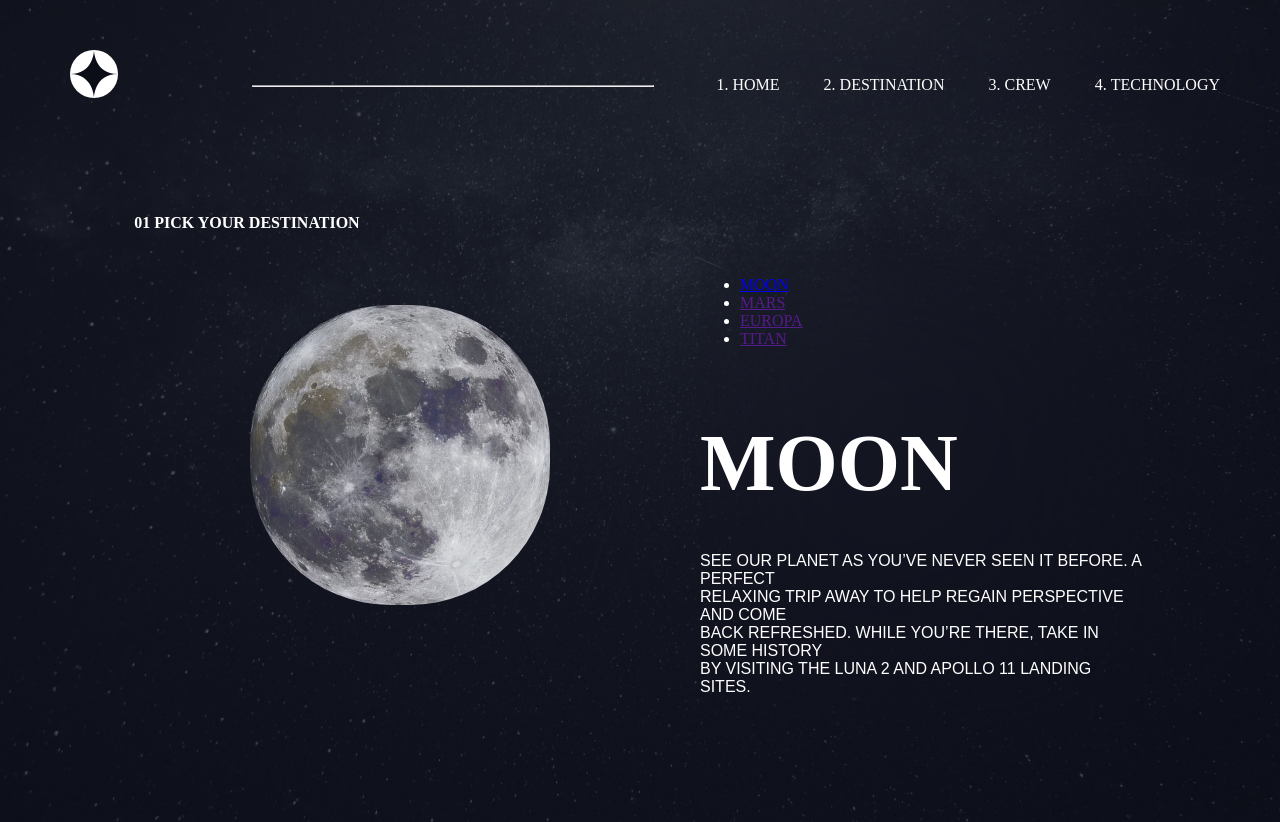
Repository: batonAnton/space_tourism
Page: destination.html
These files come from the project's save history. The page is drawn as it stood at one moment and after the next save; the edit follows.
The browser window is 1280 px wide. The pictures show the whole page.
Some web fonts or font styles are not loaded; a fallback is used.

Above is the page before, as saved 2022-05-20 10:53:26.

### destination.html
<!DOCTYPE html>
<html lang="en">
<head>
    <meta charset="UTF-8">
    <meta http-equiv="X-UA-Compatible" content="IE=edge">
    <meta name="viewport" content="width=device-width, initial-scale=1.0">
    <title>Space Tourism</title>
    <link rel="stylesheet" href="css/style2 .css">
    <link rel="preconnect" href="https://fonts.googleapis.com">
    <link rel="preconnect" href="https://fonts.gstatic.com" crossorigin>
    <link href="https://fonts.googleapis.com/css2?family=Bellefair&family=Merriweather&display=swap" rel="stylesheet">

    <link rel="preconnect" href="https://fonts.gstatic.com" crossorigin>
    <link href="https://fonts.googleapis.com/css2?family=Bellefair&family=Merriweather&display=swap" rel="stylesheet">
    <link rel="preconnect" href="https://fonts.googleapis.com">
    <link rel="preconnect" href="https://fonts.gstatic.com" crossorigin>
    <link href="https://fonts.googleapis.com/css2?family=Barlow+Condensed:wght@300&family=Bellefair&family=Merriweather&display=swap" rel="stylesheet">
</head>
<body>

    <div id="destination" class="bg">
        <div class="top-container">
            <div class="logo_img">
                <img src="/images/Icon.svg" alt="logo">

            </div>

                                             <!--navbar code -->
            <div class="nav">

                <hr>
                    <ol>

                        <li><a href="#home">home</a></li>
                        <li><a href="">destination</a></li>
                        <li><a href="">crew</a></li>
                        <li><a href="">technology</a></li>

                    </ol>

            </div>
        </div>

        <div class="middle_container">


            <div class="planet_img">
                <h2 class="h2_planet"> <span>01</span> pick your destination</h2>

                <div class="planet_bg">
                    <img src="/images/destination_img/moon.png"  alt="">
                </div>
            </div>



                <div class="get-info_planet">

                    <div class="nav_planet">
                            <ul>

                                <li><a href="#home">moon</a></li>
                                <li><a href="">mars</a></li>
                                <li><a href="">europa</a></li>
                                <li><a href="">titan</a></li>

                            </ul>
                    <h1>moon</h1>
                    <p>See our planet as you’ve never seen it before. A perfect <br> relaxing trip away to help regain perspective and come <br> back refreshed. While you’re there, take in some history <br> by visiting the Luna 2 and Apollo 11 landing sites.</p>
                </div>


        </div>

    </div>
</body>
</html>

### css/style2 .css
body {
  /* height: 900px; */
  margin: 0;
}

.bg {
  background-image: url(/images/destination_img/bg.jpg);
  height: 100%;
  background-position: center;
  background-repeat: no-repeat;
  background-size: cover;
}

.top-container {
  /* display: inline-block; */
  padding: 50px 0px 50px 70px;
  /* width: 100%; */
}

.logo_img {
  /* width: 555px; */
  float: left;
}

hr {
  width: 400px;
  position: absolute;
  margin: 25px 0px 100px -390px;
}

.nav {
  /* width: 60%; */
  /* margin-left: 408px; */
  position: relative;
  float: right;
  clear: none;
  /* border: 1px solid #979797; */
  padding: 10px 0px 10px 0px;
  backdrop-filter: blur(85px);
  text-transform: uppercase;
}
.nav a {
  text-decoration: none;
}

.nav a:after {
  background: none repeat scroll 0 0 transparent;
  bottom: 0;
  content: "";
  display: block;
  height: 2px;
  left: 50%;
  position: absolute;
  background: #fff;
  transition: width 0.3s ease 0s, left 0.3s ease 0s;
  width: 0;
}
a:hover:after {
  width: 10%;
  left: 0;
}

ol {
  display: inline-flex;
  /* width: 200px; */
  margin-left: 50px;
}

li {
  padding: 0px 60px 0px 0px;
  color: #ffffff;
}

.nav a {
  color: #ffffff;
  font-family: "Bellefair", serif;
  /* font-family: "Merriweather", serif; */
}

/* middle-container property */
.middle_container {
  display: inline-flex;
}

.get-info_planet {
  margin: 130px 100px 100px 150px;
}

 /* navbar planet */
.nav_planet {
  position: relative;
  float: right;
  clear: none;
  /* border: 1px solid #979797; */
  padding: 10px 0px 10px 0px;
  backdrop-filter: blur(85px);
  text-transform: uppercase;
}
.nav a {
  text-decoration: none;
}
.h2_planet {
  height: 1px;
  display: block;
  margin: -176px 0px 90px -193px;
  font-size: 16px;
}

.planet_bg img {
  height: 300px;
  border-radius: 140px 140px 140px 140px;
}

h1,
h2,
p {
  color: #ffffff;
}

h1,
h2 {
  text-align: center;
  width: 380px;
  text-transform: uppercase;
  font-family: "Bellefair", serif;
}

h1 {
  font-size: 5rem;
  height: 80px;
  text-align: left;
  margin-top: 70px;
  width: 333px;
}

p {
  width: 444px;
  text-align: left;
  font-family: "Barlow Condensed", sans-serif;
}

.planet_img {
  margin: 270px 0px 0px 250px;
}

After the next save:
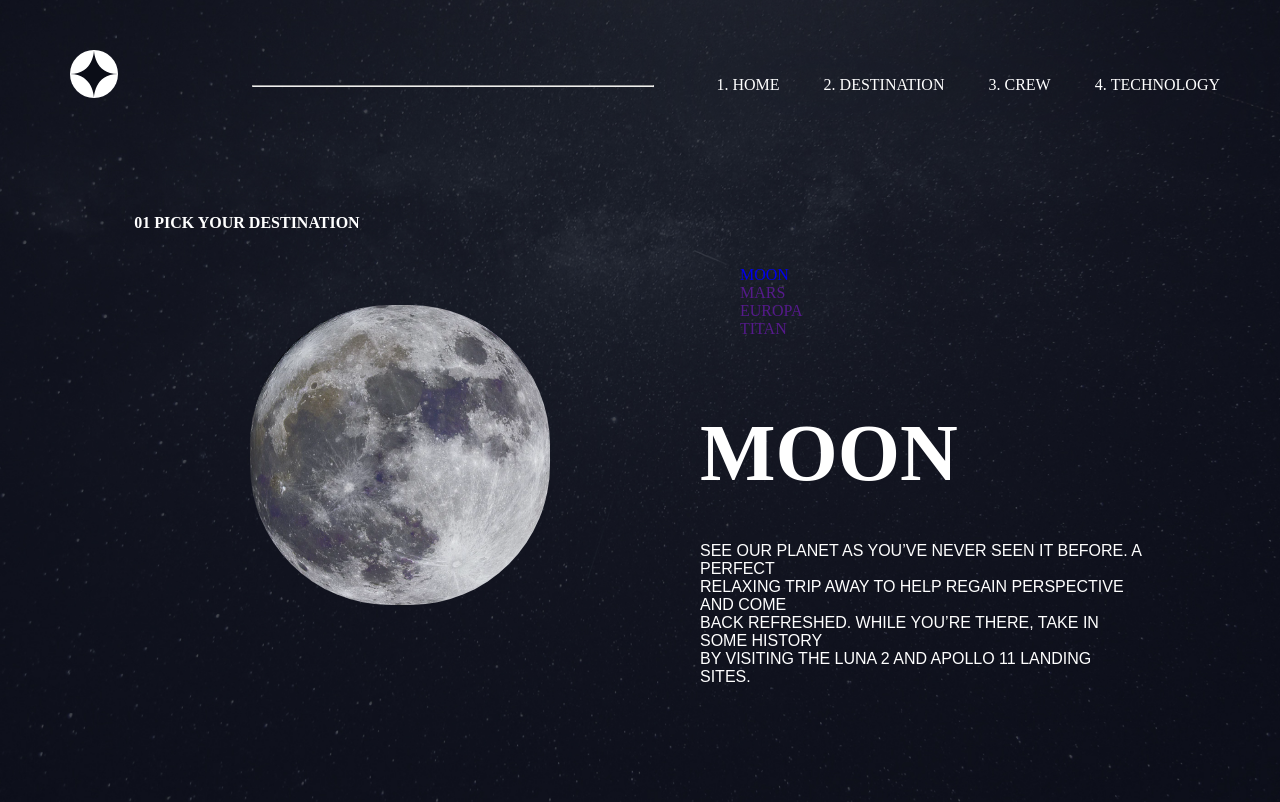
Saved 5 min 13 s later.
--- a/css/style2 .css
+++ b/css/style2 .css
@@ -91,14 +91,17 @@ li {
   position: relative;
   float: right;
   clear: none;
-  /* border: 1px solid #979797; */
-  padding: 10px 0px 10px 0px;
-  backdrop-filter: blur(85px);
   text-transform: uppercase;
 }
-.nav a {
+
+ul{
+    list-style-type: none;
+}
+
+.nav_planet a {
   text-decoration: none;
 }
+
 .h2_planet {
   height: 1px;
   display: block;
